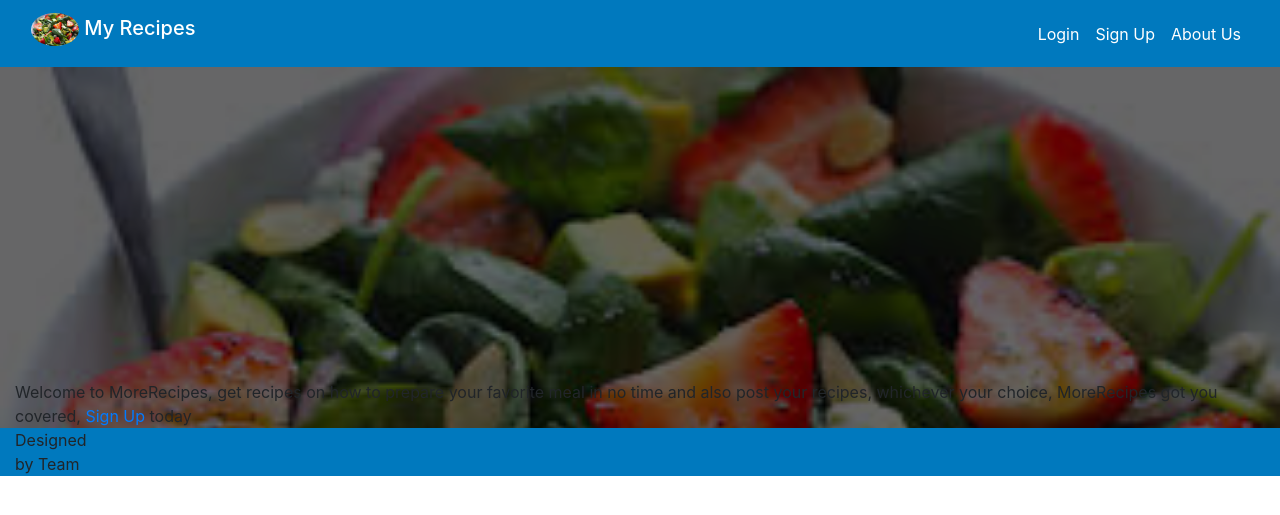
Repository: UggoPrince/more-recipes
Page: html/index.html
The author's editor kept a copy of each file at every save. The page is drawn from the files as they stood at one save, then again after the next save.
The browser window is 1280 px wide. The pictures show the whole page.

Above is the page before, as saved 2018-07-30 06:45:08.

After the next save:
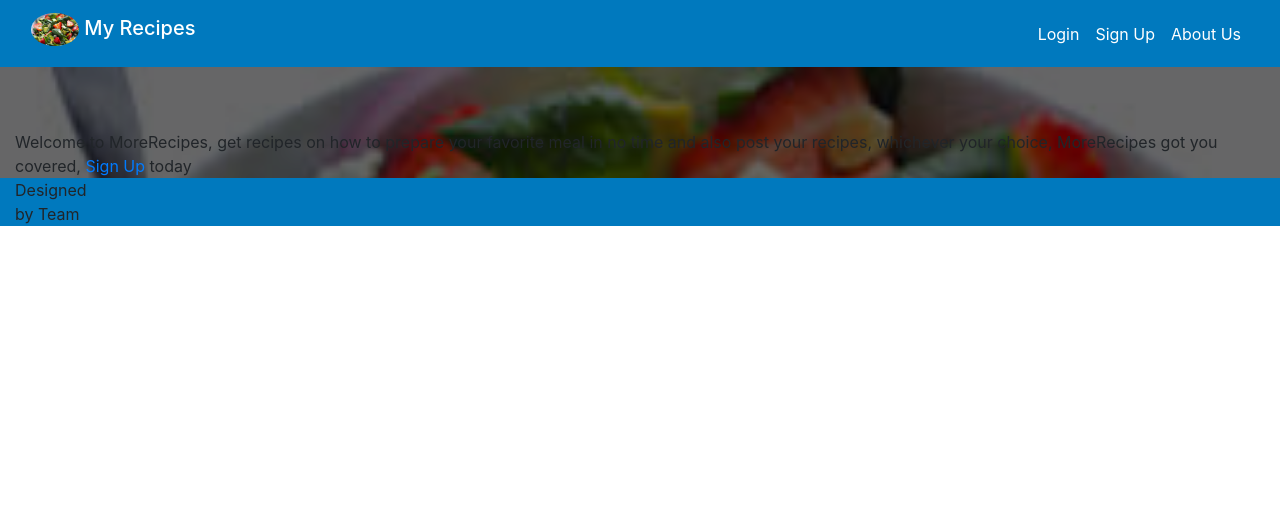
Saved 91 s later.
--- a/html/index.html
+++ b/html/index.html
@@ -52,7 +52,7 @@
   </nav>
   <div id="content">
     <main class="container-fluid">
-      <div style="padding-top: 25%">
+      <div style="padding-top: 5%">
           Welcome to MoreRecipes, get recipes on how to prepare your favorite meal in no time and also post your recipes, whichever your choice, MoreRecipes got you covered, <a href="signup.html">Sign Up</a> today
       </div>
 
